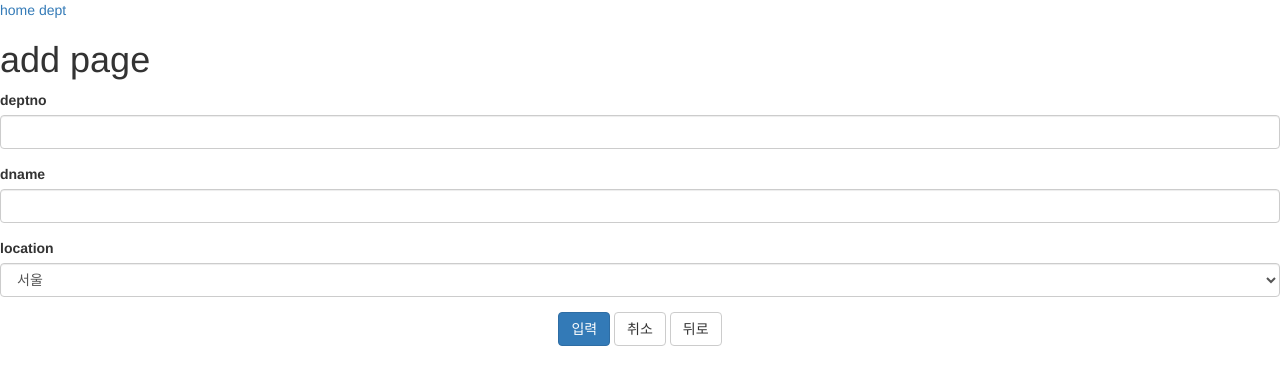
Repository: minho00123/sw-professional-training
Page: http://localhost/sts01/WEB-INF/views/dept/delete.jsp
These files come from the project's save history. The page is drawn as it stood at one moment and after the next save; the edit follows.
The browser window is 1280 px wide. The pictures show the whole page.
The page is served by Tomcat 9. Nobody is signed in. The template is opened directly, without the code that normally fills it, so the values that code supplies are empty.

Above is the page before, as saved 2025-05-14 06:49:48.

After the next save:
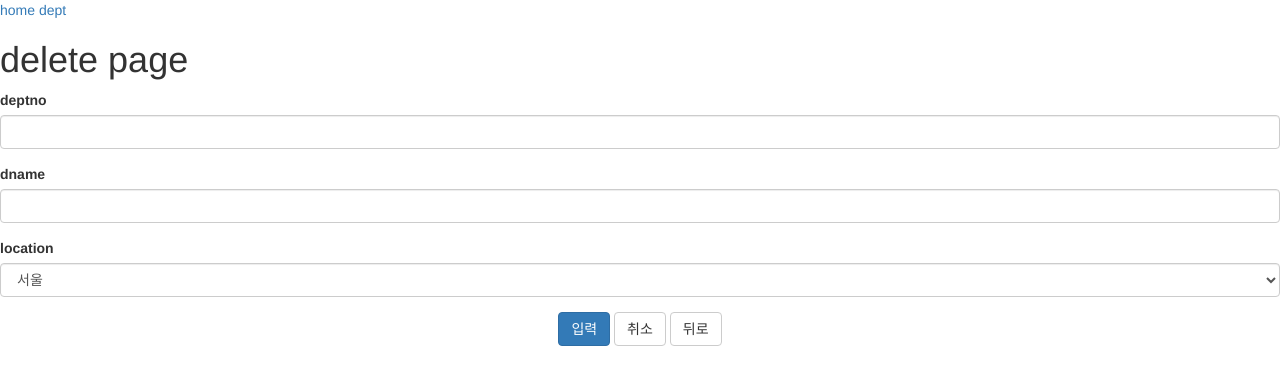
Saved 20 min 4 s later.
--- a/webWorkspace/sts01/src/main/webapp/WEB-INF/views/dept/delete.jsp
+++ b/webWorkspace/sts01/src/main/webapp/WEB-INF/views/dept/delete.jsp
@@ -13,7 +13,7 @@
 		<a href="${pageContext.request.contextPath }/index.do">home</a>
 		<a href="${pageContext.request.contextPath }/dept/list.do">dept</a>
 	</nav>
-	<h1>add page</h1>
+	<h1>delete page</h1>
 	<form action="add.do" method="post">
 		<div class="form-group">
 			<label>deptno</label><input class="form-control" name="deptno" />
